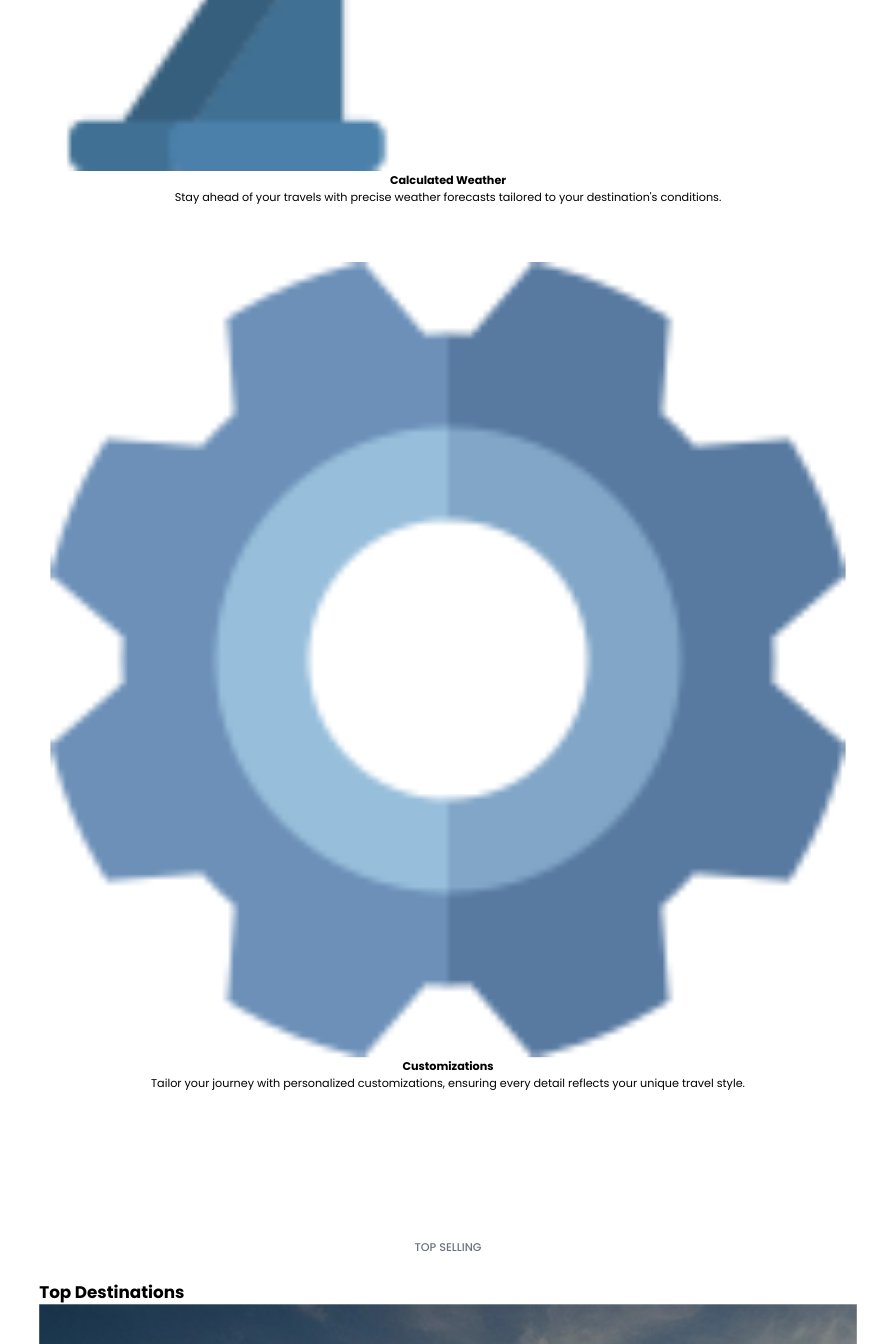
Repository: ntandomagana/travel-website
Page: index.html
The author's editor kept a copy of each file at every save. The page is drawn from the files as they stood at one save, then again after a run of saves.
The browser window is 1280 px wide. The pictures show the part of the page from y = 2416 to 4336 px (the page is 11423 px tall before and 11487 px after), at 70% of full size.

Above is the page before, as saved 2024-05-07 13:20:06.

### index.html
<!DOCTYPE html>
<html lang="en">
  <head>
    <meta charset="UTF-8" />
    <meta name="viewport" content="width=device-width, initial-scale=1.0" />
    <link
      href="https://cdn.jsdelivr.net/npm/remixicon@4.2.0/fonts/remixicon.css"
      rel="stylesheet"
    />
    <link
      rel="stylesheet"
      href="https://cdn.jsdelivr.net/npm/swiper@11/swiper-bundle.min.css"
    />
    <link rel="stylesheet" href="style.css" />
    <title>Travel Website</title>
  </head>
  <body>
    <nav>
      <div class="nav-header">
        <div class="logo">
          <a href="#" class="logo">Travel<span>S</span>.</a>
        </div>
        <div class="nav-menu-btn" id="menu-btn">
          <i class="ri-menu-line"></i>
        </div>
      </div>

      <ul class="nav-links" id="nav-links">
        <li><a href="#home">Home</a></li>
        <li><a href="#service">Services</a></li>
        <li><a href="#destination">Destinations</a></li>
        <li><a href="#trips">Trips</a></li>
        <li><a href="#client">Clients</a></li>
      </ul>
    </nav>

    <header class="section-container header-container" id="home">
      <div class="header-image">
        <img src="assets/header.png" alt="header" />
      </div>
      <div class="header-content">
        <h3 class="section-subheader">BEST DESTINATIONS AROUND THE WORLD</h3>
        <h1>Travel, enjoy and live a new full life</h1>
        <p>
          It's an invitation to break free from the ordinary, immerse yourself
          in diverse cultures, and embrace the beauty of the world around you.
          Let every journey be a chapter in your story of living life to its
          fullest potential.
        </p>
        <div class="header-btns">
          <button class="btn">Find out more</button>
          <a href="#">
            <span><i class="ri-play-fill"></i></span>
            Play Demo
          </a>
        </div>
      </div>
    </header>

    <section class="section-container service-container" id="service">
      <h3 class="section-subheader">CATEGORY</h3>
      <h2 class="section-header">We Offer Best Services</h2>
      <div class="service-grid">
        <div class="service-card">
          <img src="assets/weather.png" alt="service" />
          <h4>Calculated Weather</h4>
          <p>
            Stay ahead of your travels with precise weather forecasts tailored
            to your destination's conditions.
          </p>
        </div>
        <div class="service-card">
          <img src="assets/customisation.png" alt="service" />
          <h4>Customizations</h4>
          <p>
            Tailor your journey with personalized customizations, ensuring every
            detail reflects your unique travel style.
          </p>
        </div>
      </div>
    </section>

    <section class="section-container destination-container" id="destination">
      <h3 class="section-subheader">TOP SELLING</h3>
      <h2 class="section-header">Top Destinations</h2>
      <div class="destination-grid">
        <div class="destination-card">
          <img src="assets/destination-1.jpg" alt="destination" />
          <div class="destination-details">
            <div>
              <h4>Rome, Italy</h4>
              <h4>$5.42k</h4>
            </div>
            <p>
              <span><i class="ri-navigation-fill"></i></span>
              10 days trip
            </p>
          </div>
        </div>
        <div class="destination-card">
          <img src="assets/destination-3.jpg" alt="destination" />
          <div class="destination-details">
            <div>
              <h4>Full Europe</h4>
              <h4>$15k</h4>
            </div>
            <p>
              <span><i class="ri-navigation-fill"></i></span>
              28 Days Trip
            </p>
          </div>
        </div>
      </div>
    </section>

    <section class="section-container trip-container" id="trip">
      <div class="trip-image">
        <img src="assets/trip.png" />
      </div>
      <div class="trip-content">
        <h3 class="section-subheader">EASY & FAST</h3>
        <h2 class="section-header">Book Your Next Trip in 3 Easy Steps</h2>
        <ul class="trip-list">
          <li>
            <span><i class="ri-signpost-line"></i></span>
            <div>
              <h4>Choose Destination</h4>
              <p>
                Choose your dream destination from our curated selection of
                exotic locales, bustling cities, and serene getaways.
              </p>
            </div>
          </li>

          <li>
            <span><i class="ri-secure-payment-line"></i></span>
            <div>
              <h4>Reach Airport on Selected Date</h4>
              <p>
                Prepare for takeoff as you finalize your travel plans, arriving
                at the airport on your selected date ready to embark on your
                next unforgettable journey.
              </p>
            </div>
          </li>
        </ul>
      </div>
    </section>

    <section class="section-container clinet-container" id="client">
      <div class="client-content">
        <h3 class="section-subheader">TESTIMONIALS</h3>
        <h2 class="section-header">What People Say About Us</h2>
      </div>
      <div class="client-swiper">
        <!--Slider main container-->
        <div class="swiper">
          <!--Additional required wrapper-->
          <div class="swiper-wrapper">
            <!--Slides-->
            <div class="swiper-slide">
              <div class="client-card">
                <img src="assets/client-1.jpg" alt="client" />
                <div class="client-card-content">
                  <p>
                    Booking my trips through this platform has been a
                    game-changer! From the intuitive interface to the seamless
                    booking process, I've never felt more excited to explore new
                    destinations.
                  </p>
                  <h4>Emily Watson</h4>
                  <h5>Travel Enthusiast</h5>
                </div>
              </div>
            </div>
            <div class="swiper-slide">
              <div class="client-card">
                <img src="assets/client-2.jpg" alt="client" />
                <div class="client-card-content">
                  <p>
                    As a busy professional, time is of the essence. This website
                    made planning my vacation a breeze, allowing me to focus on
                    what matters most: making memories with my family.
                  </p>
                  <h4>David Nguyen</h4>
                  <h5>Business Executive</h5>
                </div>
              </div>
            </div>

            <div class="swiper-slide">
              <div class="client-card">
                <img src="assets/client-3.jpg" alt="client" />
                <div class="client-card-content">
                  <p>
                    I've been using this service for years, and it never
                    disappoints. The convenience of booking my flights,
                    accommodations, and activities all in one place saves me
                    time and stress every trip.
                  </p>
                  <h4>Michael Johnson</h4>
                  <h5>Frequent Flyer</h5>
                </div>
              </div>
            </div>
          </div>
        </div>
      </div>
    </section>

    <footer class="footer">
      <div class="section-container footer-container">
        <div class="footer-col">
          <div class="footer-logo">
            <a href="#" class="logo">Travel<span>S</span>.</a>
          </div>
          <p>
            Our platform is your passport to seamless adventures, offering a
            curated selection of destinations and a user-friendly booking
            experience.
          </p>
        </div>
        <div class="footer-col">
            <h4>Company</h4>
            <ul class="footer-links">
                <li><a href="#">About</a></li>
                <li><a href="#">Careers</a></li>
                <li><a href="#">Mobile</a></li>
            </ul>
        </div>
        <div class="footer-col">
          <h4>Contact</h4>
          <ul class="footer-links">
            <li><a href="#">Help/FAQ</a></li>
            <li><a href="#">Press</a></li>
            <li><a href="#">Affiliates</a></li>
          </ul>
        </div>
        <div class="footer-col">
          <ul class="footer-socials">
            <li>
              <a href="#"><i class="ri-facebook-fill"></i></a>
            </li>
            <li>
              <a href="#"><i class="ri-instagram-line"></i></a>
            </li>
            <li>
              <a href="#"><i class="ri-twitter-fill"></i></a>
            </li>
          </ul>
          <h5>Discover our app</h5>
          <div class="footer-discover">
            <a href="#"><img src="assets/google-play.jpg" alt="discover" /></a>
            <a href="#"><img src="assets/app-store.jpg" alt="discover" /></a>
          </div>
        </div>
      </div>
      <div class="footer-bar">
        Copyright © 2024 TravelS. All rights reserved.
      </div>
    </footer>

    <script src="https://unpkg.com/scrollreveal"></script>
    <script src="https://cdn.jsdelivr.net/npm/swiper@11/swiper-bundle.min.js"></script>
    <script src="main.js"></script>

      </div>

    </footer>
  </body>
</html>

### style.css
@import url("https://fonts.googleapis.com/css2?family=Poppins:ital,wght@0,100;0,200;0,300;0,400;0,500;0,600;0,700;0,800;0,900;1,100;1,200;1,300;1,400;1,500;1,600;1,700;1,800;1,900&display=swap");

:root {
  --primary-color: #e06951;
  --text-dark: #111827;
  --text-light: #6b7280;
  --white: #ffffff;
  --max-width: 1200px;
}

* {
  padding: 0;
  margin: 0;
  box-sizing: border-box;
}

html,
body {
  scroll-behavior: smooth;
}

body {
  font-family: "Poppins", sans-serif;
  background-image: url(assets/header-bg.png);
  background-size: contain;
  background-position: top center;
  background-repeat: no-repeat;
}

nav {
  position: fixed;
  isolation: isolate;
  width: 100%;
  max-width: var(--max-width);
  margin-inline: auto;
  z-index: 9;
}

.nav-header {
  padding: 1rem;
  width: 100%;
  display: flex;
  align-items: center;
  justify-content: space-between;
  background-color: var(--text-dark);
}

.nav-header .logo {
  color: var(--white);
}

.nav-menu-btn {
  font-size: 1rem;
  color: var(--white);
  cursor: pointer;
}

.nav-links {
  position: absolute;
  top: 65px;
  left: 0;
  width: 100%;
  list-style: none;
  display: flex;
  align-items: center;
  justify-content: center;
  flex-direction: column;
  gap: 2rem;
  padding: 2rem;
  background-color: var(--text-dark);
  transition: 0.5s;
  z-index: -1;
  transform: translateY(-100%);
}

.nav-links.open {
  transform: translateY(0);
}

.nav-links a {
  font-weight: 500;
  white-space: nowrap;
  color: var(--white);
}

.nav-links a:hover {
  color: var(--primary-color);
}

.section-container {
  max-width: var(--max-width);
  margin: auto;
  padding: 5rem 1rem;
}

.section-subheader {
  margin-bottom: 1rem;
  font-size: 1rem;
  font-weight: 500;
  line-height: 3.75rem;
  color: var(--text-light);
  text-align: center;
}

.logo {
  font-size: 1.75rem;
  font-weight: 600;
  color: var(--text-dark);
}

.logo span {
  color: var(--primary-color);
}

img {
  display: flex;
  width: 100%;
}

a {
  text-decoration: none;
  transition: 0.4s;
}

ul {
  list-style: none;
}

.header-container {
  display: grid;
  gap: 2rem;
  overflow: hidden;
}

.header-image img {
  max-width: 550px;
  margin-inline: auto;
}

.header-content .section-subheader {
  font-size: 1.2rem;
  color: var(--primary-color);
}

.header-content h1 {
  margin-bottom: 1rem;
  font-size: 4.75rem;
  font-weight: 500;
  line-height: 5.5rem;
  color: var(--text-dark);
  text-align: center;
}

.header-content p {
  margin-bottom: 2rem;
  line-height: 2rem;
  color: var(--text-light);
  text-align: center;
}

.header-btns {
  display: flex;
  align-items: center;
  justify-content: center;
  gap: 2rem;
}

.header-btns .btn {
  padding: 1rem 1.5rem;
  outline: none;
  border: none;
  font-size: 1rem;
  color: var(--white);
  background-color: #f1a501;
  border-radius: 5px;
  box-shadow: 2px 2px 20px rgba(241, 165, 1, 0.5);
  cursor: pointer;
}

.header-btns a {
  display: flex;
  align-items: center;
  gap: 1rem;
  font-size: 1rem;
  font-weight: 500;
  color: var(--text-light);
  transition: 0.3s;
}

.header-btns a:hover {
  color: var(--text-dark);
}

.header-btns a span {
  padding: 6px 12px;
  font-size: 1.5rem;
  color: var(--white);
  background-color: var(--primary-color);
  box-shadow: 2px 2px 20px rgba(224, 105, 81, 0.5);
  border-radius: 100%;
}

.service-grid {
    margin-top: 4rem;
    display: grid;
    gap: 1rem;
}

.service-card {
    padding: 2rem 1rem;
    text-align: center;
    border-radius: 2rem;
    transition: 0.3s;
}

.service-card:hover {
    box-shadow: 10px 10px 30px rgba(0, 0, 0, 0.1);
}

.service-card  img {

}

Loaded but not shown: main.js (no copy from this time; the picture is the same without it)

After the next 2 saves:
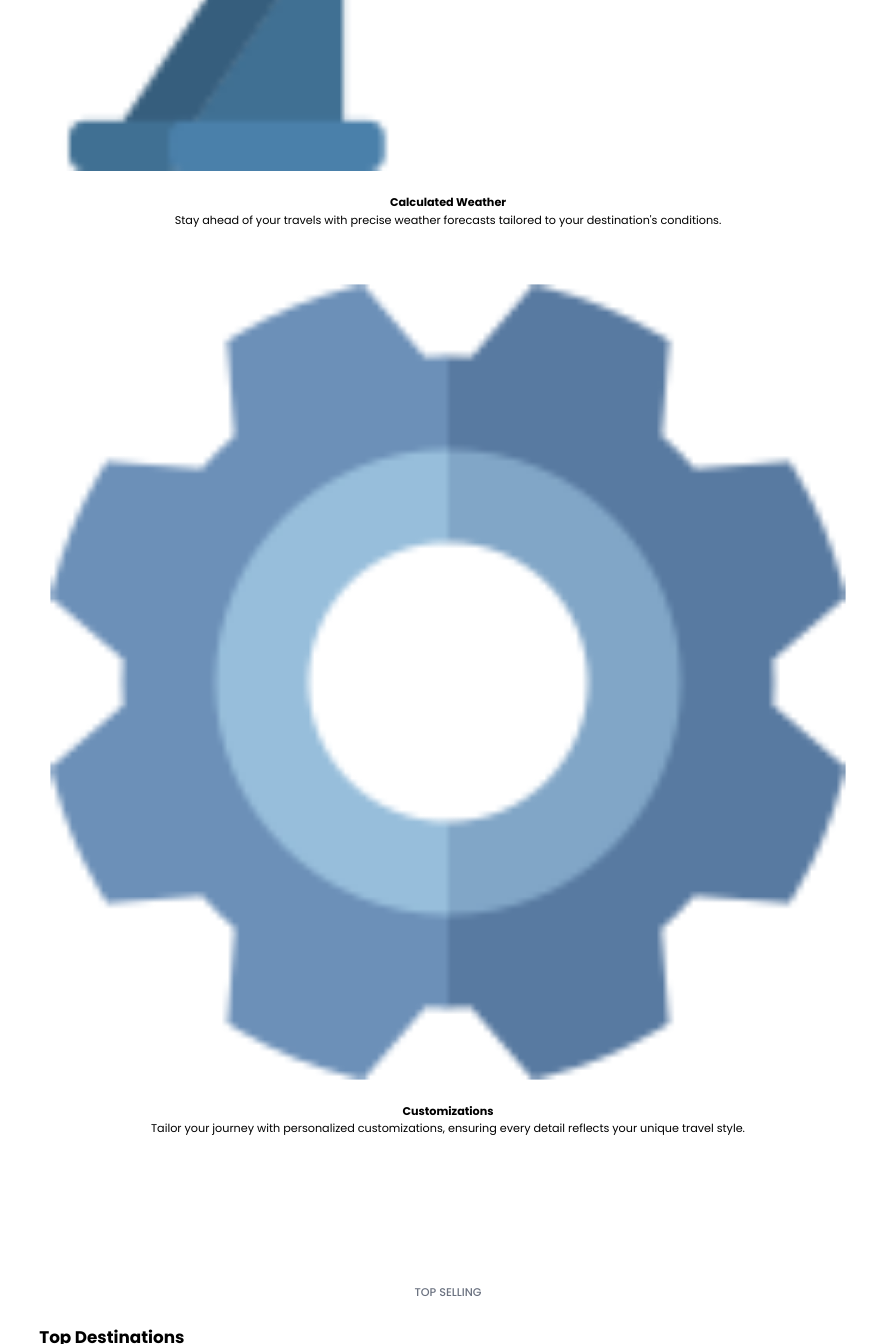
The 2 saves are shown as one change because they came seconds apart.
The last was saved 8 s later.
--- a/style.css
+++ b/style.css
@@ -218,5 +218,5 @@ ul {
 }
 
 .service-card  img {
-
-}
+    margin-bottom: 2rem;
+}
